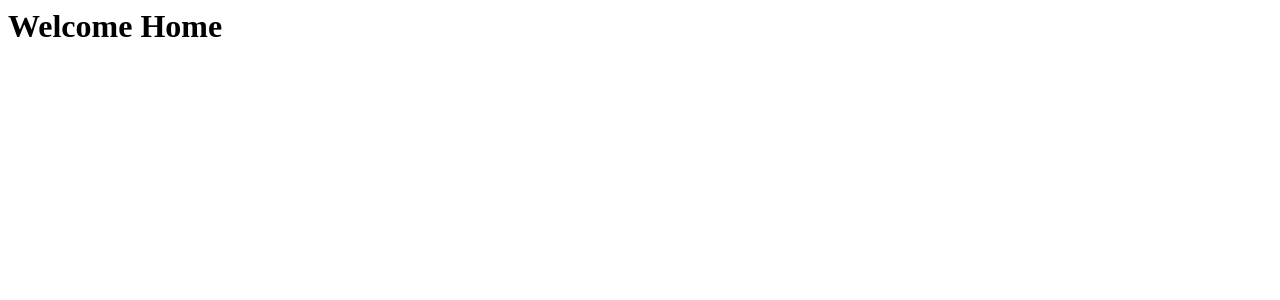
Repository: 0rangeSeaW0lf/miniature-tribble
Page: src/app/home/home.html
The author's editor kept a record of every edit. The page is drawn from the files as they stood at one moment, then again after the next edit.
The browser window is 1280 px wide. The pictures show the whole page.

Above is the page before.

After the next edit:
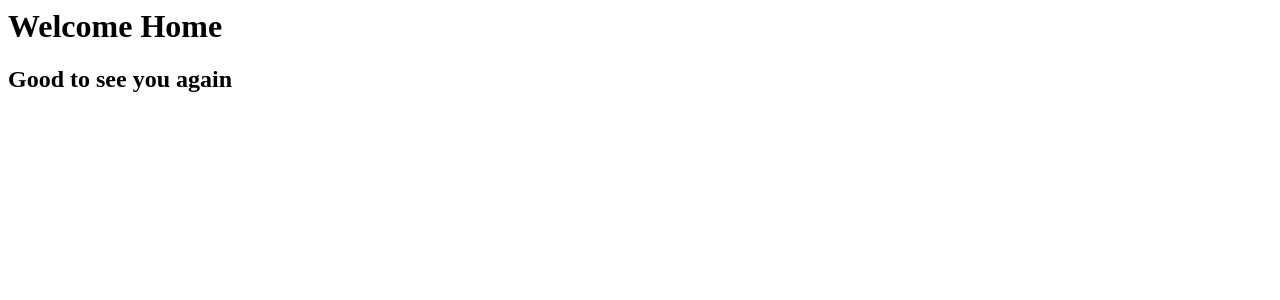
The edit:
--- a/src/app/home/home.html
+++ b/src/app/home/home.html
@@ -1,5 +1,6 @@
-<div class="row">
-  <div class="col-xs-10 col-xs-offset-1">
+<div class="row hero-parent">
+  <div class="col-xs-10 col-xs-offset-1 hero-child">
     <h1>Welcome Home</h1>
+    <h2>Good to see you again</h2>
   </div>
 </div>
